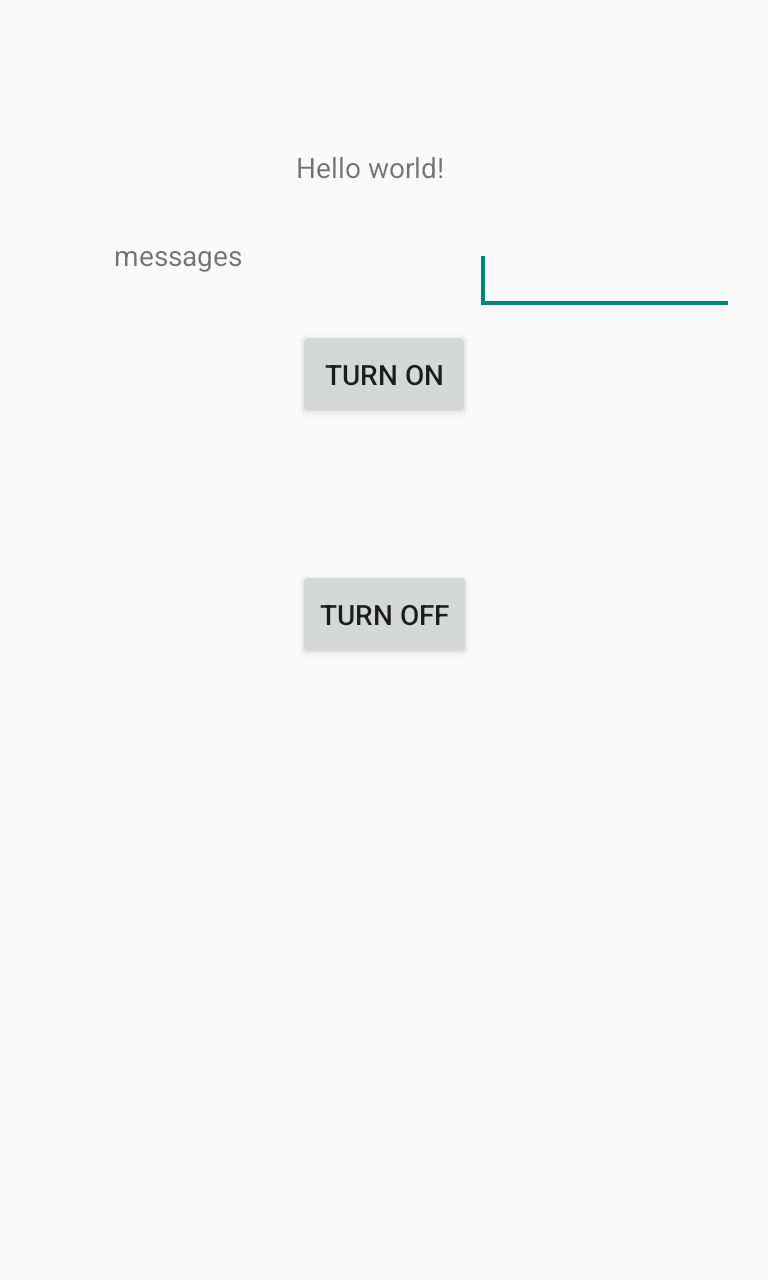
Repository: pgao/idd_hw5
Layout: hw5_android/res/layout/activity_main.xml
These files come from the project's save history. The layout is drawn as it stood at one moment and after the next save; the edit follows.
It is drawn on a 768 x 1280 px phone screen (xhdpi) without system bars, with theme AppTheme; the app's code is not run.

Above is the layout before, as saved 2014-11-06 06:08:31.

### hw5_android/res/layout/activity_main.xml
<RelativeLayout xmlns:android="http://schemas.android.com/apk/res/android"
    xmlns:tools="http://schemas.android.com/tools"
    android:layout_width="match_parent"
    android:layout_height="match_parent"
    android:paddingBottom="@dimen/activity_vertical_margin"
    android:paddingLeft="@dimen/activity_horizontal_margin"
    android:paddingRight="@dimen/activity_horizontal_margin"
    android:paddingTop="@dimen/activity_vertical_margin"
    tools:context="com.example.hw5_android.MainActivity" >

    <Button
        android:id="@+id/btnOff"
        android:layout_width="wrap_content"
        android:layout_height="wrap_content"
        android:layout_alignLeft="@+id/btnOn"
        android:layout_below="@+id/btnOn"
        android:layout_marginTop="72dp"
        android:text="Turn Off" />

    <Button
        android:id="@+id/btnOn"
        android:layout_width="wrap_content"
        android:layout_height="wrap_content"
        android:layout_below="@+id/txtArduino"
        android:layout_centerHorizontal="true"
        android:layout_marginTop="70dp"
        android:text="Turn On" />

    <TextView
        android:id="@+id/txtArduino"
        android:layout_width="wrap_content"
        android:layout_height="wrap_content"
        android:layout_alignLeft="@+id/btnOn"
        android:layout_alignParentTop="true"
        android:layout_marginTop="58dp"
        android:text="@string/hello_world" />

    <TextView
        android:id="@+id/messages"
        android:layout_width="wrap_content"
        android:layout_height="wrap_content"
        android:layout_below="@+id/txtArduino"
        android:layout_marginRight="27dp"
        android:layout_marginTop="25dp"
        android:layout_toLeftOf="@+id/txtArduino"
        android:text="messages" />

    <EditText
        android:id="@+id/editText1"
        android:layout_width="wrap_content"
        android:layout_height="wrap_content"
        android:layout_alignTop="@+id/messages"
        android:layout_toRightOf="@+id/btnOff"
        android:ems="10" >

        <requestFocus />
    </EditText>

</RelativeLayout>

### hw5_android/res/values/strings.xml
<?xml version="1.0" encoding="utf-8"?>
<resources>

    <string name="app_name">hw5_android</string>
    <string name="hello_world">Hello world!</string>
    <string name="action_settings">Settings</string>

</resources>

Loaded but not shown: hw5_android/res/values/styles.xml (common file); hw5_android/res/values-v11/styles.xml (common file); hw5_android/res/values-v14/styles.xml (common file); hw5_android/res/values/dimens.xml (common file); hw5_android/res/values-w820dp/dimens.xml (common file)

After the next save:
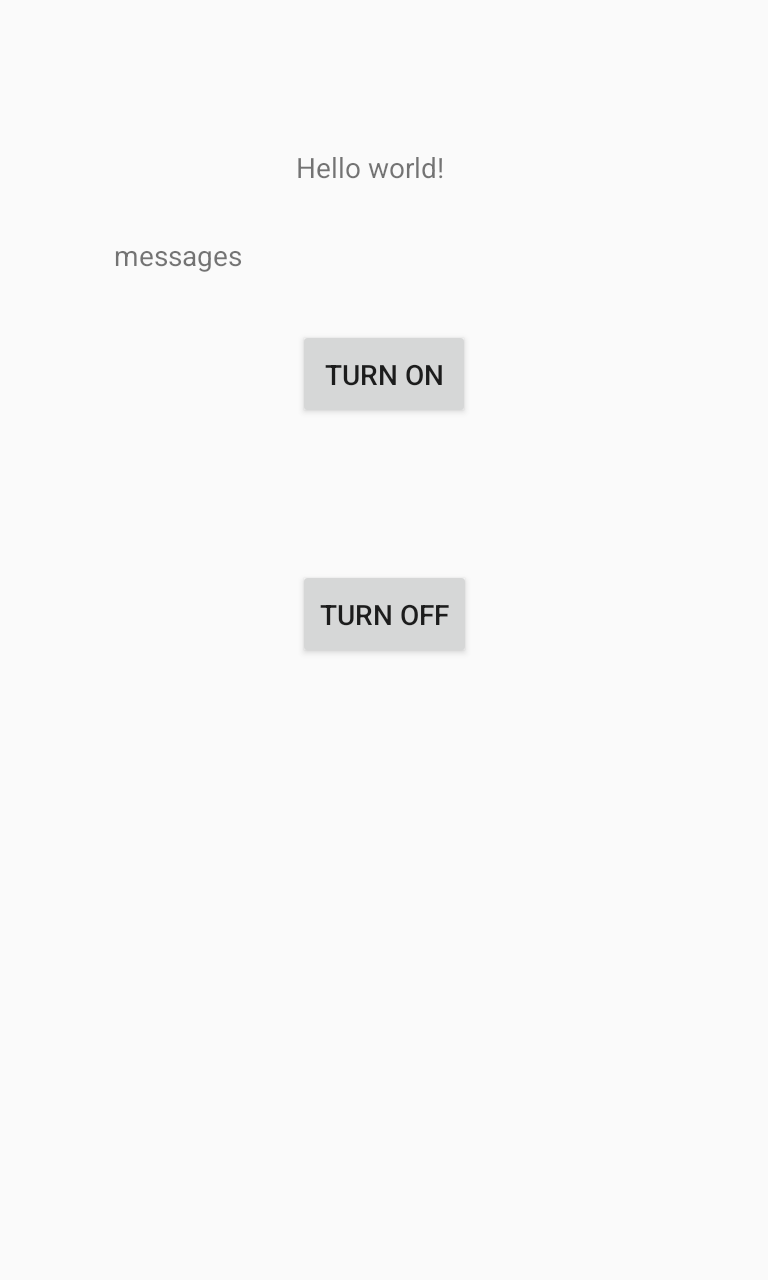
Saved 4 s later.
--- a/hw5_android/res/layout/activity_main.xml
+++ b/hw5_android/res/layout/activity_main.xml
@@ -45,15 +45,4 @@
         android:layout_toLeftOf="@+id/txtArduino"
         android:text="messages" />
 
-    <EditText
-        android:id="@+id/editText1"
-        android:layout_width="wrap_content"
-        android:layout_height="wrap_content"
-        android:layout_alignTop="@+id/messages"
-        android:layout_toRightOf="@+id/btnOff"
-        android:ems="10" >
-
-        <requestFocus />
-    </EditText>
-
 </RelativeLayout>
